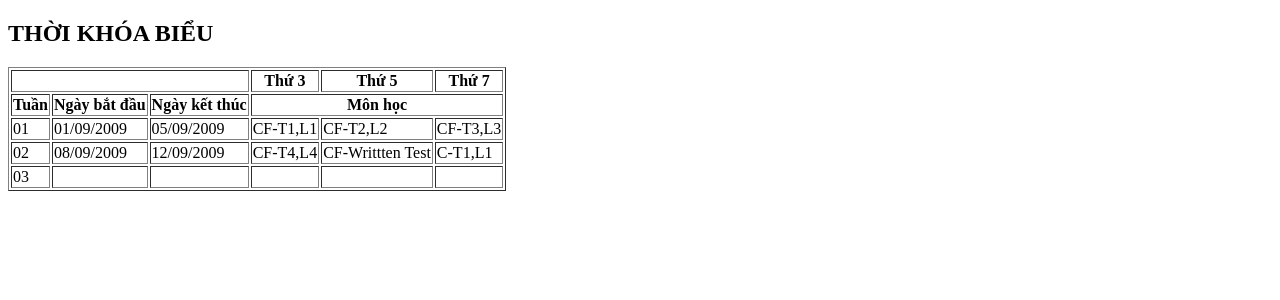
Repository: Lehuyhuynh/BT1-HTML
Page: index.html
These files come from the project's save history. The page is drawn as it stood at one moment and after the next save; the edit follows.
The browser window is 1280 px wide. The pictures show the whole page.

Above is the page before, as saved 2023-08-06 21:20:23.

After the next save:
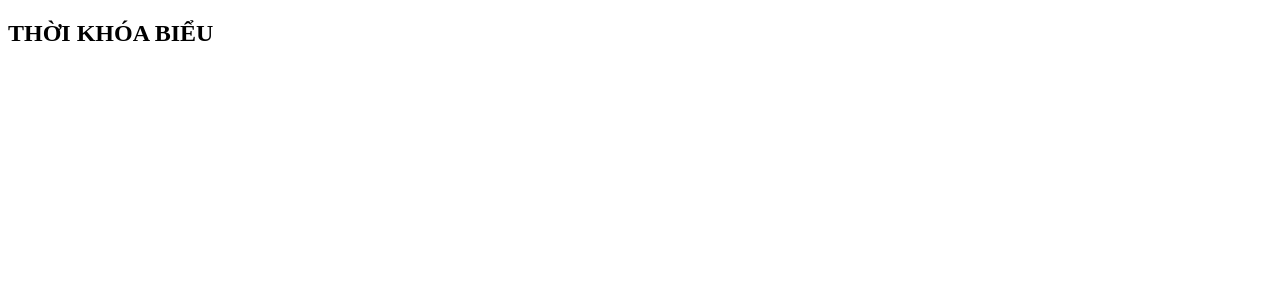
Saved 93 s later.
--- a/index.html
+++ b/index.html
@@ -14,7 +14,7 @@
   </div>
 
   <div>
-    <table border="1">
+    <!-- <table border="1">
       <thead>
 
         <tr>
@@ -60,7 +60,7 @@
         <td></td>
       </tr>
 
-    </table>
+    </table> -->
   </div>
 
 </body>
